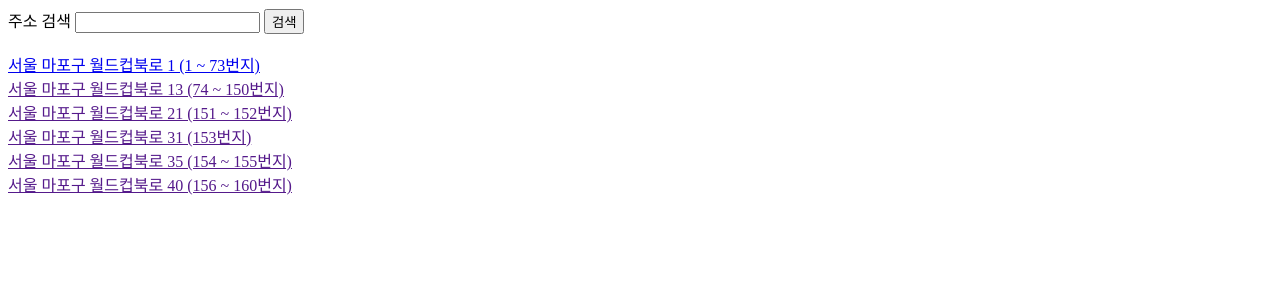
Repository: lolsoyeon/WebStudy
Page: WebApp03/WebContent/Test032.html
The author's editor kept a copy of each file at every save. The page is drawn from the files as they stood at one save, then again after the next save.
The browser window is 1280 px wide. The pictures show the whole page.

Above is the page before, as saved 2022-10-06 06:24:46.

After the next save:
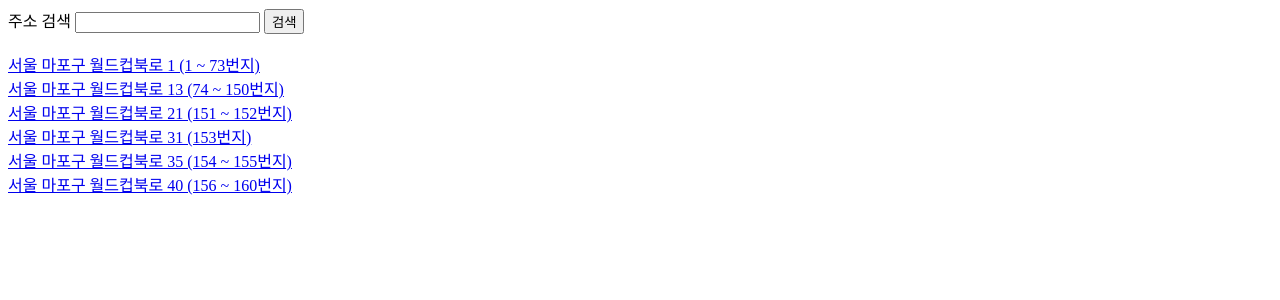
Saved 54 s later.
--- a/WebApp03/WebContent/Test032.html
+++ b/WebApp03/WebContent/Test032.html
@@ -8,7 +8,11 @@
 
 	function myAddr()
 	{
-		alert("함수호출 확인");
+// 		alert("함수호출 확인");
+
+
+
+
 	}
 
 </script>
@@ -23,11 +27,11 @@
 		<br><br>
 
 		<a href="javascript:myAddr()">서울 마포구 월드컵북로 1 (1 ~ 73번지)</a><br>
-		<a href="">서울 마포구 월드컵북로 13 (74 ~ 150번지)</a><br>
-		<a href="">서울 마포구 월드컵북로 21 (151 ~ 152번지)</a><br>
-		<a href="">서울 마포구 월드컵북로 31 (153번지)</a><br>
-		<a href="">서울 마포구 월드컵북로 35 (154 ~ 155번지)</a><br>
-		<a href="">서울 마포구 월드컵북로 40 (156 ~ 160번지)</a><br>
+		<a href="javascript:myAddr()">서울 마포구 월드컵북로 13 (74 ~ 150번지)</a><br>
+		<a href="javascript:myAddr()">서울 마포구 월드컵북로 21 (151 ~ 152번지)</a><br>
+		<a href="javascript:myAddr()">서울 마포구 월드컵북로 31 (153번지)</a><br>
+		<a href="javascript:myAddr()">서울 마포구 월드컵북로 35 (154 ~ 155번지)</a><br>
+		<a href="javascript:myAddr()">서울 마포구 월드컵북로 40 (156 ~ 160번지)</a><br>
 	</form>
 </div>
 
